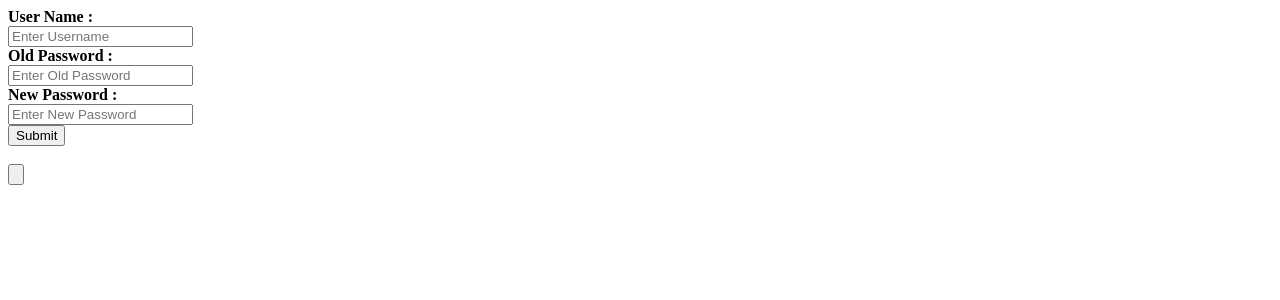
Repository: Shivani2392/FlyAwayProject
Page: http://localhost/FlightBookingPortal/ResetPassword.jsp
The author's editor kept a copy of each file at every save. The page is drawn from the files as they stood at one save, then again after the next save.
The browser window is 1280 px wide. The pictures show the whole page.
The page is served by Tomcat 9.

Above is the page before, as saved 2020-11-22 13:00:04.

After the next save:
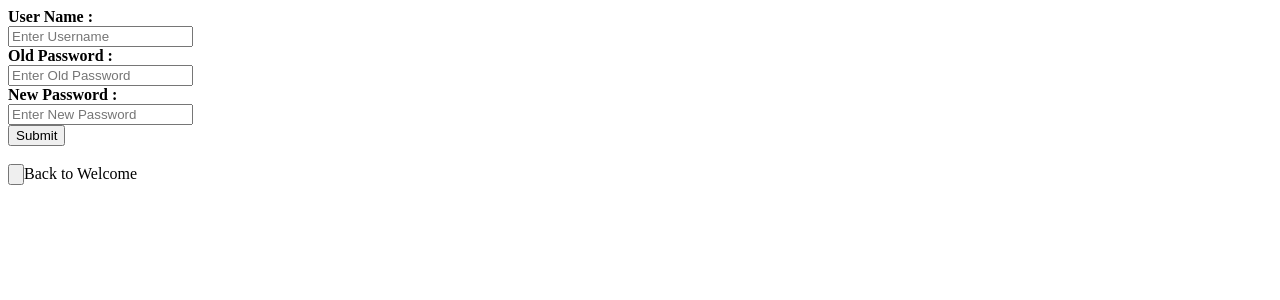
Saved 6 min 48 s later.
--- a/FlightBookingPortal/src/main/webapp/ResetPassword.jsp
+++ b/FlightBookingPortal/src/main/webapp/ResetPassword.jsp
@@ -27,7 +27,7 @@ function backFunction() {
       <input type="submit"/>
 </form>
    <br>
-   <input type="button" onclick="backFunction()"/>
+   <input type="button" onclick="backFunction()">Back to Welcome</input>
 
 
 </form>
